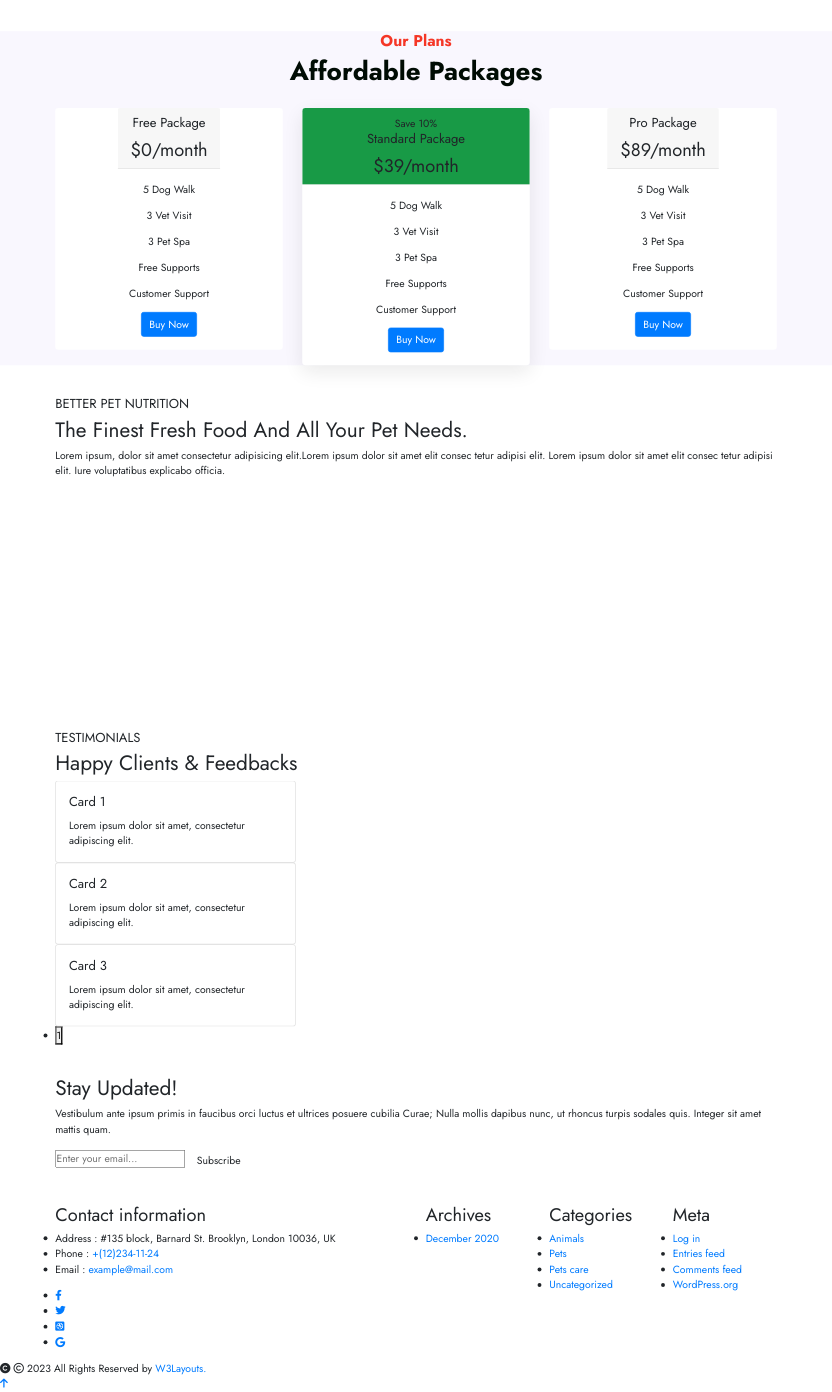
Repository: thanhfrankie/poochcare
Page: index.html
These files come from the project's save history. The page is drawn as it stood at one moment and after the next save; the edit follows.
The browser window is 1280 px wide. The pictures show the whole page, at 65% of full size.
Pictures or frames that could not be fetched are drawn as grey boxes.

Above is the page before, as saved 2023-12-20 21:57:42.

### index.html
<!DOCTYPE html>
<html lang="en">
  <head>
    <title>Pooch Care</title>
    <!-- Required meta tags -->
    <meta charset="utf-8" />
    <meta
      name="viewport"
      content="width=device-width, initial-scale=1, shrink-to-fit=no"
    />
    <!-- FONT AWESOME -->
    <link
      rel="stylesheet"
      href="https://cdnjs.cloudflare.com/ajax/libs/font-awesome/6.4.2/css/all.min.css"
      integrity="sha512-z3gLpd7yknf1YoNbCzqRKc4qyor8gaKU1qmn+CShxbuBusANI9QpRohGBreCFkKxLhei6S9CQXFEbbKuqLg0DA=="
      crossorigin="anonymous"
      referrerpolicy="no-referrer"
    />
    <!-- Bootstrap CSS -->
    <link
      rel="stylesheet"
      href="https://stackpath.bootstrapcdn.com/bootstrap/4.3.1/css/bootstrap.min.css"
      integrity="sha384-ggOyR0iXCbMQv3Xipma34MD+dH/1fQ784/j6cY/iJTQUOhcWr7x9JvoRxT2MZw1T"
      crossorigin="anonymous"
    />
    <!-- Font Jost -->
    <link rel="preconnect" href="https://fonts.googleapis.com" />
    <link rel="preconnect" href="https://fonts.gstatic.com" crossorigin />
    <link
      href="https://fonts.googleapis.com/css2?family=Jost:wght@300;400;700&display=swap"
      rel="stylesheet"
    />
    <!-- Pricing CSS -->
    <link rel="stylesheet" href="./css/pricing.css" />
    <!-- pet food CSS (em đặt tên nutrition hay pet-nutrition hay pet__nutrition nó không cho đặt vậy ạ) -->
    <link rel="stylesheet" href="./css/petfood.css" />
    <!-- Testimonials CSS -->
    <link rel="stylesheet" href="./css/testimonials.css" />
    <!-- Subscribe CSS -->
    <link rel="stylesheet" href="./css/subscribe.css" />
    <!-- footer CSS -->
    <link rel="stylesheet" href="./css/footer.css" />
    <!-- Main CSS -->
    <link rel="stylesheet" href="./css/style.css" />
  </head>
  <body>
    <!-- Pricing -->
    <section class="pricing" id="pricing">
      <div class="container mt-5">
        <div class="title">
          <h4>Our Plans</h4>
          <h2>Affordable Packages</h2>
        </div>
        <div class="row">
          <!-- Pricing Card 1 -->
          <div class="col-lg-4">
            <div class="card">
              <div class="card-header">
                <h5 class="card-title">Free Package</h5>
                <h3 class="card-text">$0/month</h3>
              </div>
              <div class="card-body">
                <p class="card-text">5 Dog Walk</p>
                <p class="card-text">3 Vet Visit</p>
                <p class="card-text">3 Pet Spa</p>
                <p class="card-text">Free Supports</p>
                <p class="card-text">Customer Support</p>
                <a href="#" class="btn btn-primary btn-buy">Buy Now</a>
              </div>
            </div>
          </div>

          <!-- Pricing Card 2 -->
          <div class="col-lg-4">
            <div class="card card2">
              <div class="card-header">
                <div class="card-save">Save 10%</div>
                <h5 class="card-title">Standard Package</h5>
                <h3 class="card-text">$39/month</h3>
              </div>
              <div class="card-body">
                <p class="card-text">5 Dog Walk</p>
                <p class="card-text">3 Vet Visit</p>
                <p class="card-text">3 Pet Spa</p>
                <p class="card-text">Free Supports</p>
                <p class="card-text">Customer Support</p>
                <a href="#" class="btn btn-primary btn-buy">Buy Now</a>
              </div>
            </div>
          </div>

          <!-- Pricing Card 3 -->
          <div class="col-lg-4">
            <div class="card">
              <div class="card-header">
                <h5 class="card-title">Pro Package</h5>
                <h3 class="card-text">$89/month</h3>
              </div>
              <div class="card-body">
                <p class="card-text">5 Dog Walk</p>
                <p class="card-text">3 Vet Visit</p>
                <p class="card-text">3 Pet Spa</p>
                <p class="card-text">Free Supports</p>
                <p class="card-text">Customer Support</p>
                <a href="#" class="btn btn-primary btn-buy">Buy Now</a>
              </div>
            </div>
          </div>
        </div>
      </div>
    </section>
    <!-- PET NUTRITION -->
    <section class="nutrition">
      <div class="container mt-5">
        <h5>BETTER PET NUTRITION</h5>
        <h2>The Finest Fresh Food And All Your Pet Needs.</h2>
        <p>
          Lorem ipsum, dolor sit amet consectetur adipisicing elit.Lorem ipsum
          dolor sit amet elit consec tetur adipisi elit. Lorem ipsum dolor sit
          amet elit consec tetur adipisi elit. Iure voluptatibus explicabo
          officia.
        </p>
        <iframe
          width="560"
          height="315"
          src="https://www.youtube.com/embed/JXUTJNv4j6A?si=1nzgvqwKbkVzJ4BS"
          title="YouTube video player"
          frameborder="0"
          allow="accelerometer; autoplay; clipboard-write; encrypted-media; gyroscope; picture-in-picture; web-share"
          allowfullscreen
        ></iframe>
      </div>
    </section>
    <!-- TESTIMONIALS -->
    <section class="testimonial">
      <div class="container mt-5">
        <h5>TESTIMONIALS</h5>
        <h2>Happy Clients & Feedbacks</h2>
        <div class="slick-carousel">
          <!-- Slick Carousel Item 1 -->
          <div class="card">
            <div class="card-body">
              <h5 class="card-title">Card 1</h5>
              <p class="card-text">
                Lorem ipsum dolor sit amet, consectetur adipiscing elit.
              </p>
            </div>
          </div>

          <!-- Slick Carousel Item 2 -->
          <div class="card">
            <div class="card-body">
              <h5 class="card-title">Card 2</h5>
              <p class="card-text">
                Lorem ipsum dolor sit amet, consectetur adipiscing elit.
              </p>
            </div>
          </div>

          <!-- Slick Carousel Item 3 -->
          <div class="card">
            <div class="card-body">
              <h5 class="card-title">Card 3</h5>
              <p class="card-text">
                Lorem ipsum dolor sit amet, consectetur adipiscing elit.
              </p>
            </div>
          </div>
        </div>
      </div>
    </section>
    <!-- Subscribe -->
    <section class="subscribe">
      <div class="container mt-5">
        <h2>Stay Updated!</h2>
        <p>
          Vestibulum ante ipsum primis in faucibus orci luctus et ultrices
          posuere cubilia Curae; Nulla mollis dapibus nunc, ut rhoncus turpis
          sodales quis. Integer sit amet mattis quam.
        </p>
        <input
          type="email"
          name=""
          id="subscribe"
          placeholder="Enter your email..."
        />
        <button class="btn">Subscribe</button>
      </div>
    </section>
    <footer>
      <div class="container mt-5">
        <div class="row">
          <div class="col-lg-6">
            <h3>Contact information</h3>
            <ul class="footer__contact">
              <li>
                Address : #135 block, Barnard St. Brooklyn, London 10036, UK
              </li>
              <li>
                Phone :
                <span>
                  <a href="#">+(12)234-11-24</a>
                </span>
              </li>
              <li>
                Email :
                <span>
                  <a href="#">example@mail.com</a>
                </span>
              </li>
            </ul>
            <ul class="footer__social">
              <li>
                <a href="https://www.facebook.com/w3layouts/">
                  <i class="fa-brands fa-facebook-f"></i
                ></a>
              </li>
              <li>
                <a href="https://twitter.com/W3layouts"
                  ><i class="fa-brands fa-twitter"></i
                ></a>
              </li>
              <li>
                <a href="https://dribbble.com/w3layouts"
                  ><i class="fa-brands fa-square-dribbble"></i
                ></a>
              </li>
              <li>
                <a href="https://myaccount.google.com/intro/profile"
                  ><i class="fa-brands fa-google"></i
                ></a>
              </li>
            </ul>
          </div>
          <div class="col-lg-6">
            <div class="row">
              <div class="col-sm-4">
                <h3>Archives</h3>
                <ul>
                  <li>
                    <a href="#"> December 2020 </a>
                  </li>
                </ul>
              </div>
              <div class="col-sm-4">
                <h3>Categories</h3>
                <ul>
                  <li>
                    <a href="#"> Animals </a>
                  </li>
                  <li>
                    <a href="#"> Pets </a>
                  </li>
                  <li>
                    <a href="#"> Pets care </a>
                  </li>
                  <li>
                    <a href="#"> Uncategorized </a>
                  </li>
                </ul>
              </div>
              <div class="col-sm-4">
                <h3>Meta</h3>
                <ul>
                  <li>
                    <a href="#"> Log in </a>
                  </li>
                  <li>
                    <a href="#"> Entries feed </a>
                  </li>
                  <li>
                    <a href="#"> Comments feed </a>
                  </li>
                  <li>
                    <a href="#"> WordPress.org </a>
                  </li>
                </ul>
              </div>
            </div>
          </div>
        </div>
      </div>
      <div class="copyright">
        <i class="fa fa-copyright" aria-hidden="true"></i>
        <i class="fa-regular fa-copyright"></i>
        <span
          >2023 All Rights Reserved by
          <a href="https://w3layouts.com/">W3Layouts.</a></span
        >
      </div>
    </footer>
    <a href="#" class="backToTop cd-top text-replace js-cd-top">
      <i class="fa fa-arrow-up"></i>
    </a>
    <!-- Optional JavaScript -->
    <!-- jQuery first, then Popper.js, then Bootstrap JS -->
    <script
      src="https://code.jquery.com/jquery-3.3.1.slim.min.js"
      integrity="sha384-q8i/X+965DzO0rT7abK41JStQIAqVgRVzpbzo5smXKp4YfRvH+8abtTE1Pi6jizo"
      crossorigin="anonymous"
    ></script>
    <script
      src="https://cdnjs.cloudflare.com/ajax/libs/popper.js/1.14.7/umd/popper.min.js"
      integrity="sha384-UO2eT0CpHqdSJQ6hJty5KVphtPhzWj9WO1clHTMGa3JDZwrnQq4sF86dIHNDz0W1"
      crossorigin="anonymous"
    ></script>
    <script
      src="https://stackpath.bootstrapcdn.com/bootstrap/4.3.1/js/bootstrap.min.js"
      integrity="sha384-JjSmVgyd0p3pXB1rRibZUAYoIIy6OrQ6VrjIEaFf/nJGzIxFDsf4x0xIM+B07jRM"
      crossorigin="anonymous"
    ></script>
    <!-- slick carousel  -->
    <script
      src="https://cdnjs.cloudflare.com/ajax/libs/slick-carousel/1.8.1/slick.min.js"
      integrity="sha512-XtmMtDEcNz2j7ekrtHvOVR4iwwaD6o/FUJe6+Zq+HgcCsk3kj4uSQQR8weQ2QVj1o0Pk6PwYLohm206ZzNfubg=="
      crossorigin="anonymous"
      referrerpolicy="no-referrer"
    ></script>
    <script>
      // Initialize Slick Carousel
      $(".slick-carousel").slick({
        slidesToShow: 3,
        slidesToScroll: 1,
        dots: true,
        prevArrow: '<button type="button" class="slick-prev">&#9665;</button>',
        nextArrow: '<button type="button" class="slick-next">&#9655;</button>',
        responsive: [
          {
            breakpoint: 768,
            settings: {
              slidesToShow: 2,
            },
          },
          {
            breakpoint: 576,
            settings: {
              slidesToShow: 1,
            },
          },
        ],
      });
    </script>
  </body>
</html>

### css/pricing.css
.pricing {
  background-color: #f9f7fe;
}
.pricing .container {
  width: 100%;
}
.pricing .container .title {
  display: flex;
  justify-content: center;
  align-items: center;
  flex-direction: column;
  padding-bottom: 25px;
}
.pricing .container .title h4 {
  color: #f53626;
  font-weight: 550;
}
.pricing .title h2 {
  font-size: 40px;
  font-weight: 600;
  line-height: 48px;
  text-transform: capitalize;
  color: #000c04;
}
.pricing .container .row {
  /* border: 1px solid blue; */
}
.pricing .container .row .card {
  display: flex;
  justify-content: center;
  align-items: center;
  flex-direction: column;
  text-align: center;
  background-color: #ffffff;
  border-radius: 5px;
  border: none;
}
.pricing .container .row .card2 {
  box-shadow: 0 10px 30px 0 rgba(17, 17, 17, 0.09);
  z-index: 1;
}
.pricing .container .row .card2 .card-header {
  width: 100%;
  background-color: #189a46;
  border-top-right-radius: 5px;
  border-top-left-radius: 5px;
}

### css/testimonials.css
TESTIMONIALS

### css/style.css
/* Global */
* {
  padding: 0;
  margin: 0;
  box-sizing: border-box;
}
html,
body {
  font-family: "Jost", sans-serif;
}

Loaded but not shown: css/footer.css (no copy from this time; the picture is the same without it); css/petfood.css (no copy from this time; the picture is the same without it); css/subscribe.css (no copy from this time; the picture is the same without it)

After the next save:
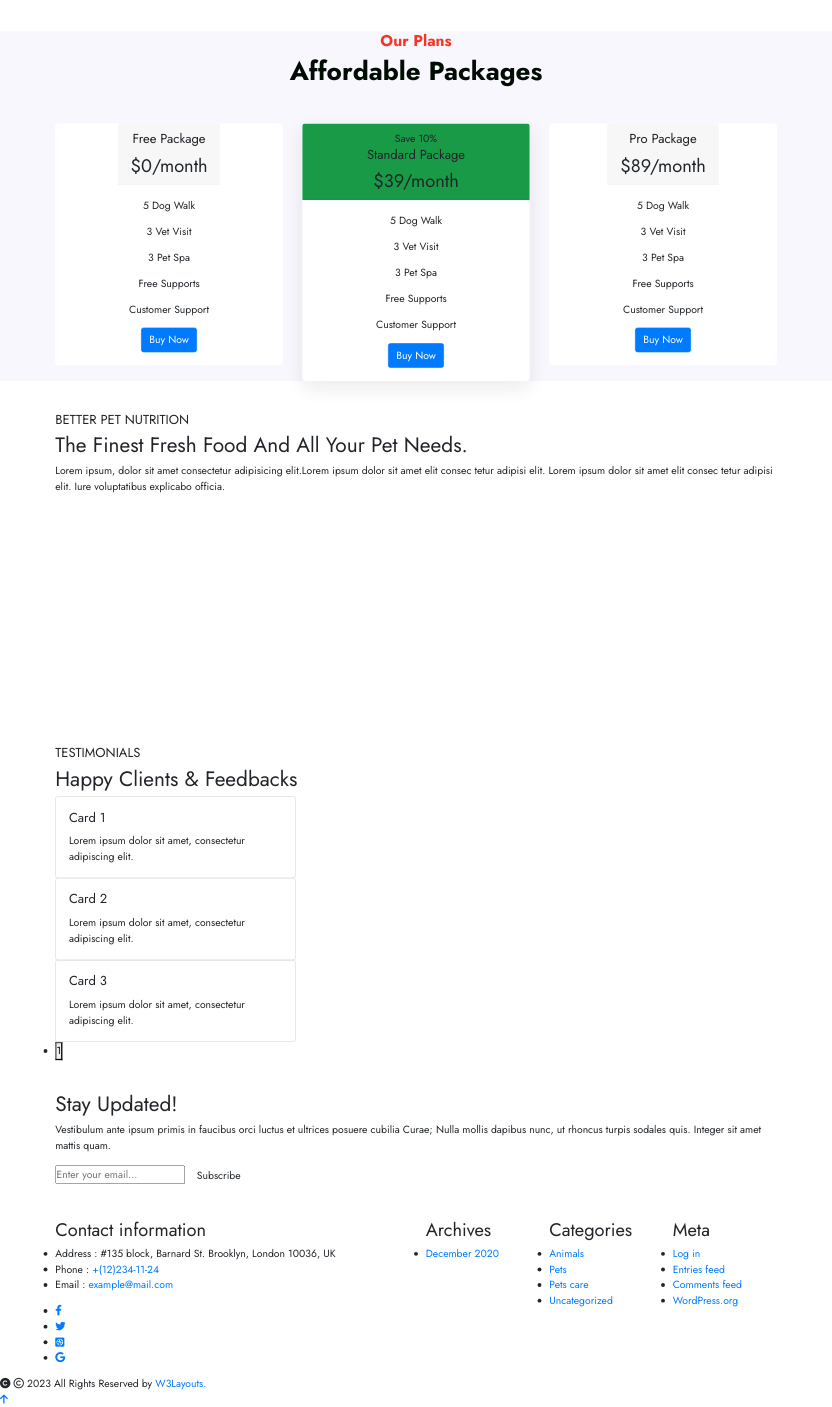
Saved 19 s later.
--- a/index.html
+++ b/index.html
@@ -51,7 +51,7 @@
           <h4>Our Plans</h4>
           <h2>Affordable Packages</h2>
         </div>
-        <div class="row">
+        <div class="row mt-4">
           <!-- Pricing Card 1 -->
           <div class="col-lg-4">
             <div class="card">

After the 2 saves that followed:
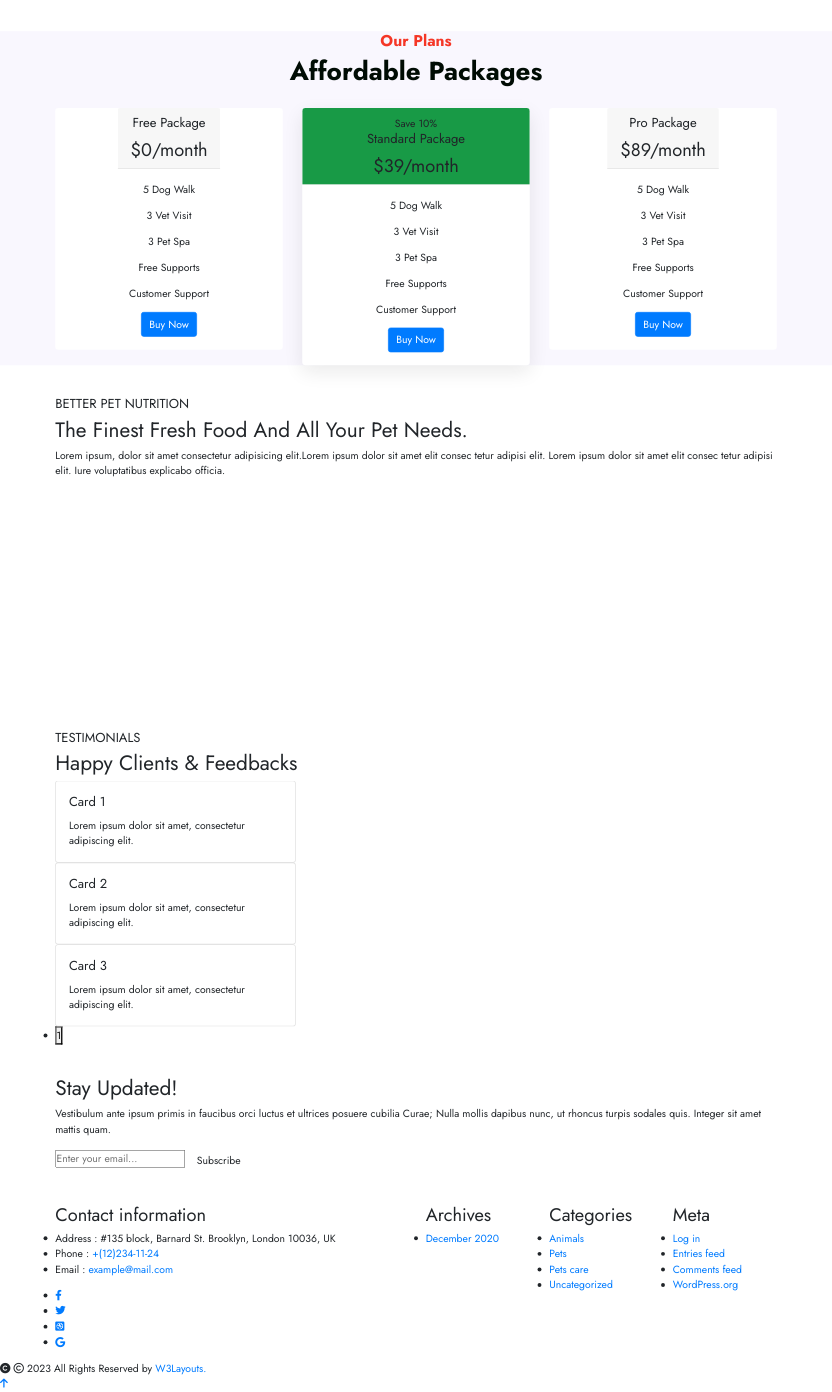
The 2 saves are shown as one change because they came seconds apart.
The last was saved 6 s later.
--- a/index.html
+++ b/index.html
@@ -51,7 +51,7 @@
           <h4>Our Plans</h4>
           <h2>Affordable Packages</h2>
         </div>
-        <div class="row mt-4">
+        <div class="row mt-6">
           <!-- Pricing Card 1 -->
           <div class="col-lg-4">
             <div class="card">
